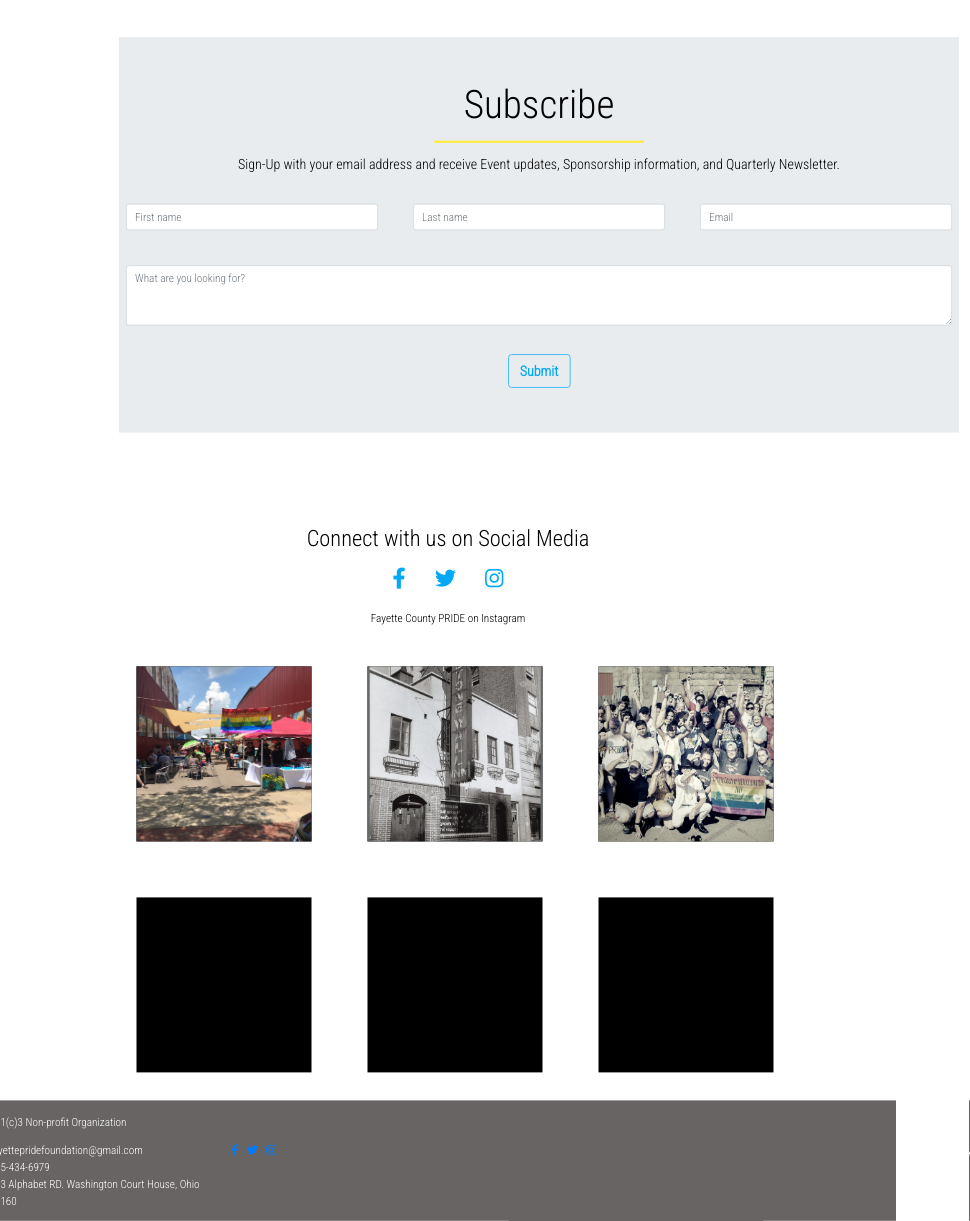
Repository: Code-Institute-Submissions/https-github.com-callendera-Milestone-Project-2
Page: index.html
The author's editor kept a record of every edit. The page is drawn from the files as they stood at one moment, then again after the next edit.
The browser window is 1280 px wide. The page is 1385 px wide, so the pictures cover 1385 px, including what lies to the right of the window. The pictures show the part of the page from y = 3470 to 5230 px (the page is 5214 px tall before and 5230 px after), at 70% of full size.
Backgrounds fixed to the window are drawn as part of the page. Some web libraries are served in a nearby version.

Above is the page before.

After the next edit:
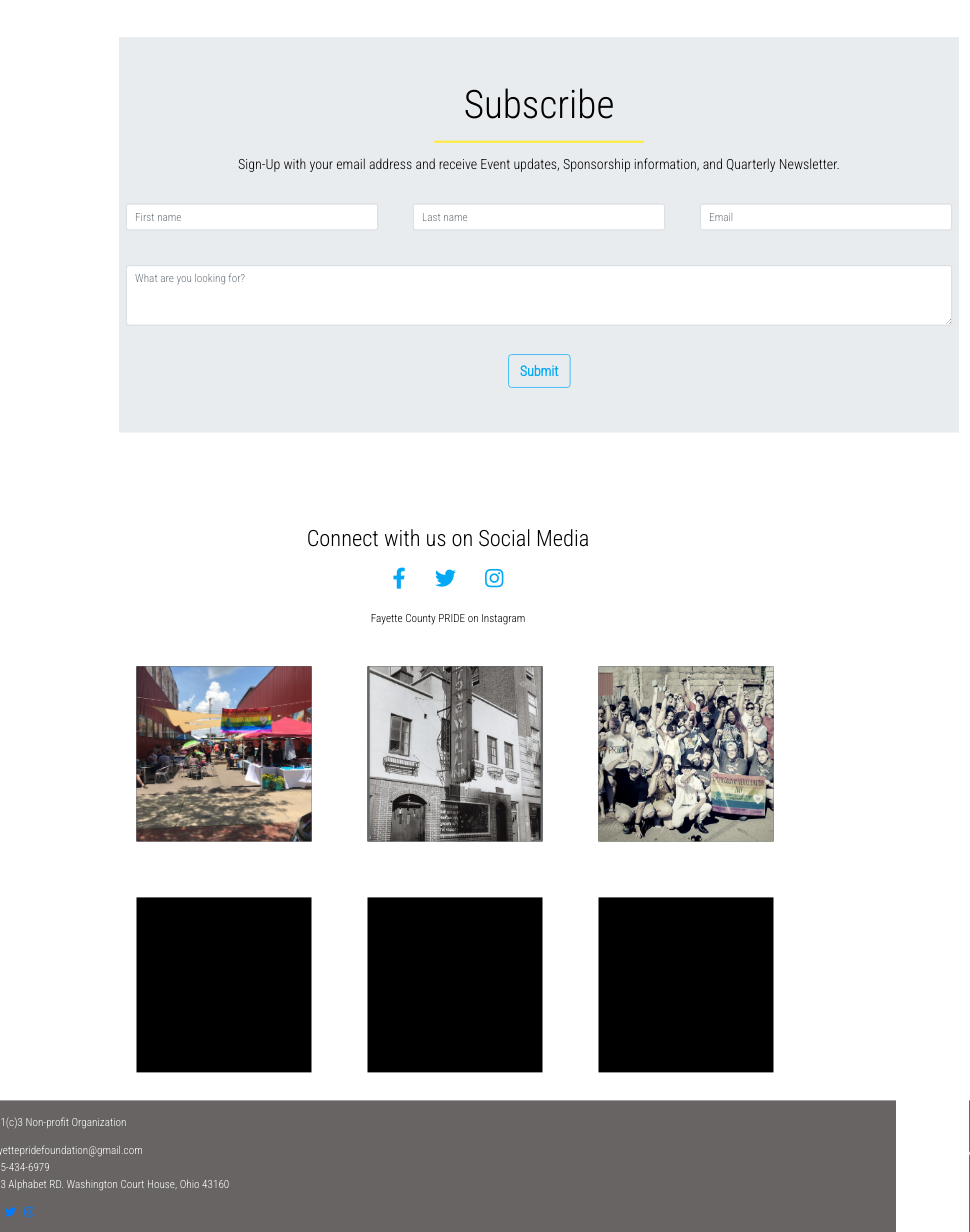
The edit:
--- a/index.html
+++ b/index.html
@@ -264,7 +264,7 @@
                 <div class="col-12">
                     <p>501(c)3 Non-profit Organization</p>
                 </div>
-                <div class="col">
+                <div class="col-12">
                     <p>fayettepridefoundation@gmail.com</br>
                         555-434-6979</br>
                         123 Alphabet RD. Washington Court House, Ohio 43160

After the 2 edits that followed:
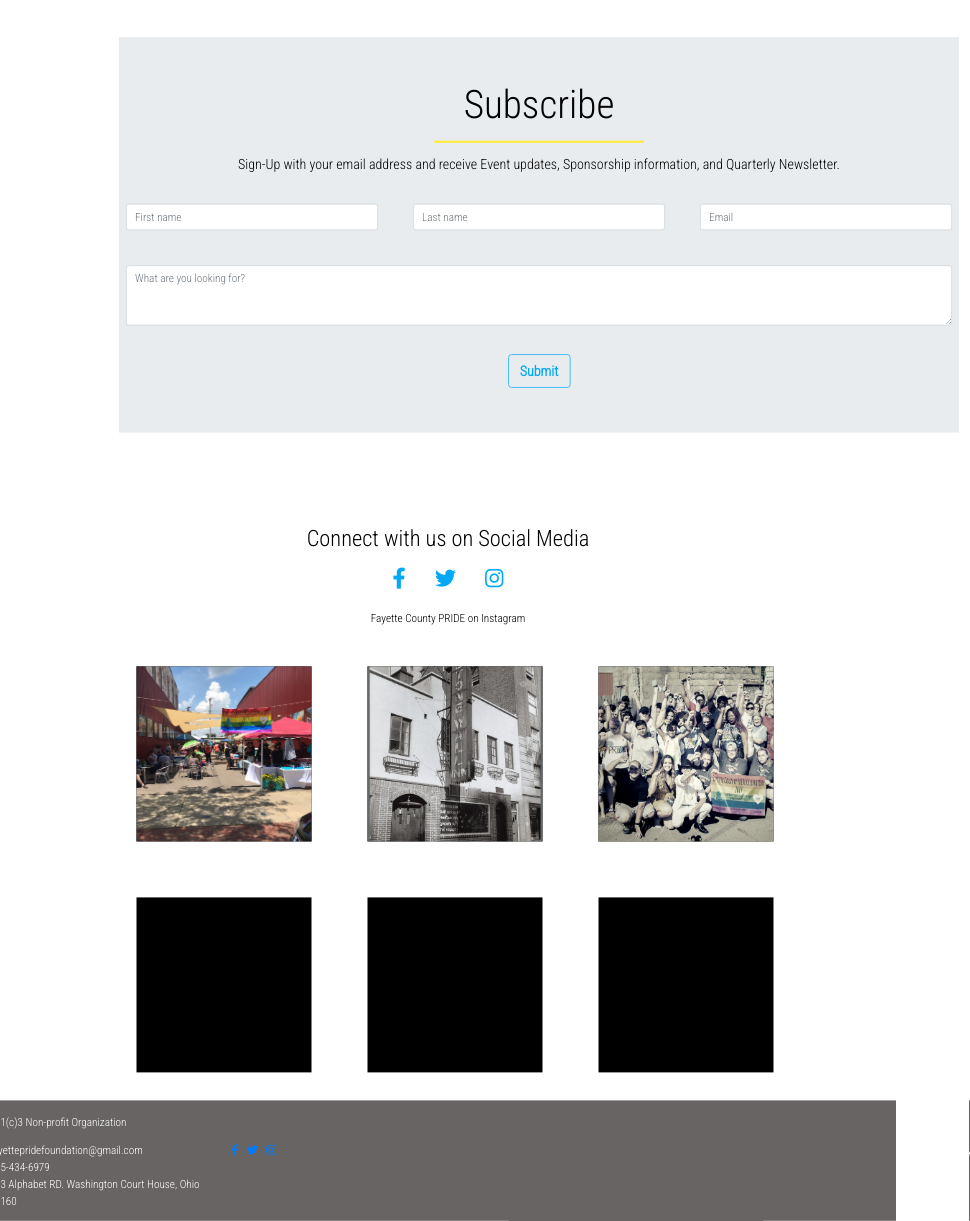
The 2 edits are shown as one change because 1 left the picture as it was.
The edit:
--- a/index.html
+++ b/index.html
@@ -264,13 +264,13 @@
                 <div class="col-12">
                     <p>501(c)3 Non-profit Organization</p>
                 </div>
-                <div class="col-12">
+                <div class="col-6">
                     <p>fayettepridefoundation@gmail.com</br>
                         555-434-6979</br>
                         123 Alphabet RD. Washington Court House, Ohio 43160
                     </p>
                 </div>
-                <div class="col">
+                <div class="col-4">
                     <ul class="list-inline footer-social-media">
                         <!--atrribute is given to make the social media symbol a link to the facebook page-->
                         <li class="list-inline-item"><a href="https://www.facebook.com/fayettepridefoundation/" target="_blank"><i class="fab fa-facebook-f"></i>
